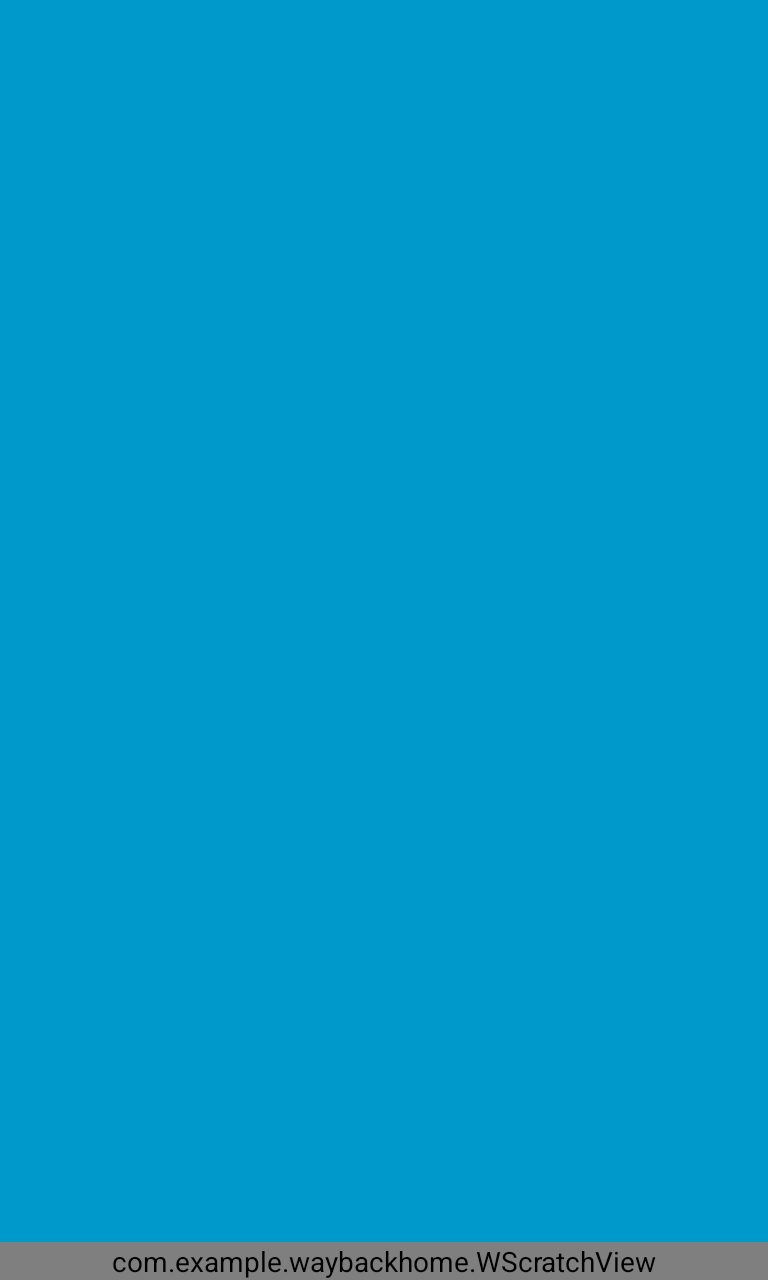
Repository: mdelbo/appcenter
Layout: WayBackHome/res/layout/activity_map.xml
The author's editor kept a copy of each file at every save. The layout is drawn from the files as they stood at one save, then again after the next save.
Pictures or frames that could not be fetched are drawn as grey boxes. It is drawn on a 768 x 1280 px phone screen (xhdpi) without system bars, with theme FullscreenTheme; the app's code is not run.

Above is the layout before, as saved 2014-05-20 11:30:39.

### WayBackHome/res/layout/activity_map.xml
<FrameLayout xmlns:android="http://schemas.android.com/apk/res/android"
    xmlns:tools="http://schemas.android.com/tools"
    android:layout_width="match_parent"
    android:layout_height="match_parent"
    android:background="#0099cc"
    tools:context="com.example.waybackhome.MapActivity" >


    <FrameLayout
        android:layout_width="match_parent"
        android:layout_height="match_parent"
        android:fitsSystemWindows="true" >

        <LinearLayout
            android:id="@+id/fullscreen_content_controls"
            style="?metaButtonBarStyle"
            android:layout_width="match_parent"
            android:layout_height="wrap_content"
            android:layout_gravity="bottom|center_horizontal"
            android:background="@color/black_overlay"
            android:orientation="horizontal"
            tools:ignore="UselessParent" >

            <com.example.waybackhome.WScratchView
				android:layout_width="match_parent"
				android:layout_height="match_parent"
 			/>
        </LinearLayout>
    </FrameLayout>

</FrameLayout>

### WayBackHome/res/values/styles.xml
<?xml version="1.0" encoding="utf-8"?>
<resources>

    <!--
        Base application theme, dependent on API level. This theme is replaced
        by AppBaseTheme from res/values-vXX/styles.xml on newer devices.
    -->
    <style name="AppBaseTheme" parent="Theme.AppCompat.Light">
        <!--
            Theme customizations available in newer API levels can go in
            res/values-vXX/styles.xml, while customizations related to
            backward-compatibility can go here.
        -->
    </style>

    <!-- Application theme. -->
    <style name="AppTheme" parent="AppBaseTheme">
        <!-- All customizations that are NOT specific to a particular API-level can go here. -->
    </style>

    <style name="FullscreenTheme" parent="android:Theme.NoTitleBar">
        <item name="android:windowContentOverlay">@null</item>
        <item name="android:windowBackground">@null</item>
        <item name="metaButtonBarStyle">@style/ButtonBar</item>
        <item name="metaButtonBarButtonStyle">@style/ButtonBarButton</item>
    </style>

    <style name="ButtonBar">
        <item name="android:paddingLeft">2dp</item>
        <item name="android:paddingTop">5dp</item>
        <item name="android:paddingRight">2dp</item>
        <item name="android:paddingBottom">0dp</item>
        <item name="android:background">@android:drawable/bottom_bar</item>
    </style>

    <style name="ButtonBarButton" />

</resources>

Loaded but not shown: WayBackHome/res/values-v11/styles.xml (common file); WayBackHome/res/values/colors.xml (common file)

After the next save:
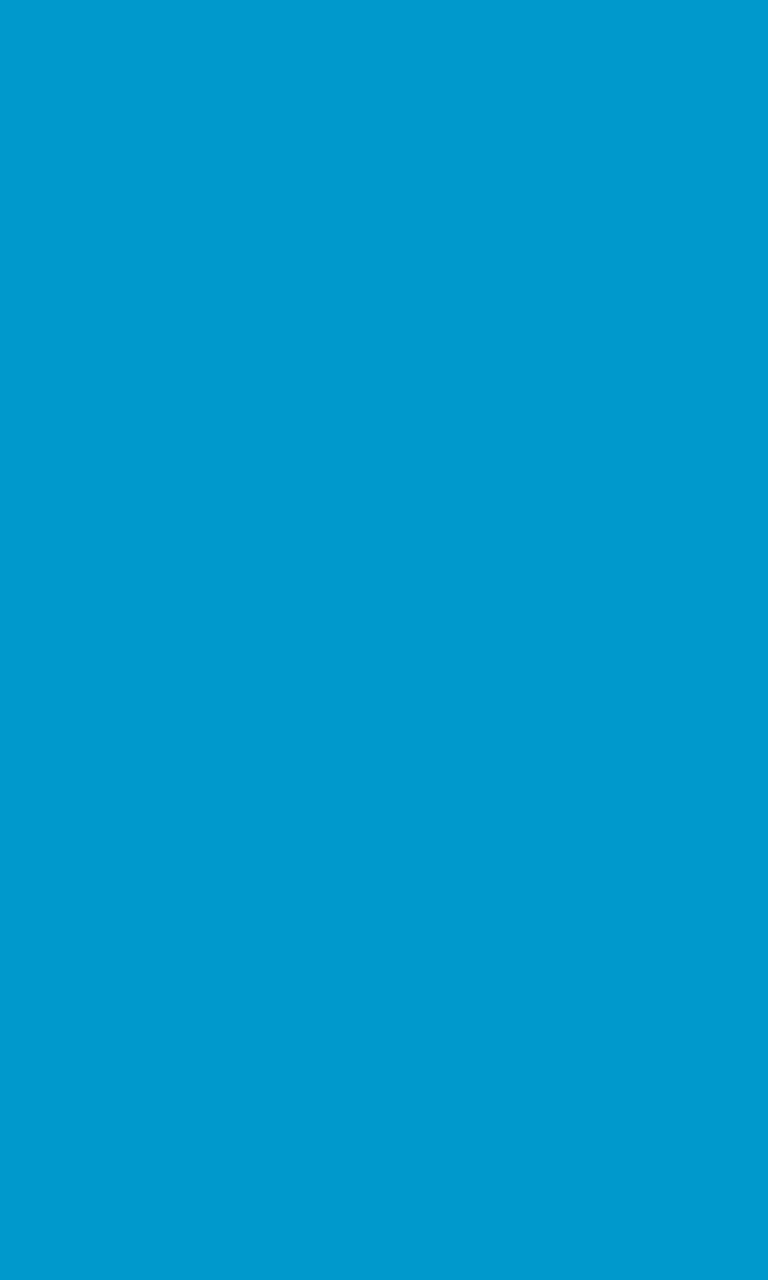
Saved 100 s later.
--- a/WayBackHome/res/layout/activity_map.xml
+++ b/WayBackHome/res/layout/activity_map.xml
@@ -21,10 +21,10 @@
             android:orientation="horizontal"
             tools:ignore="UselessParent" >
 
-            <com.example.waybackhome.WScratchView
+            <!--com.example.waybackhome.WScratchView
 				android:layout_width="match_parent"
 				android:layout_height="match_parent"
- 			/>
+ 			/-->
         </LinearLayout>
     </FrameLayout>
 

After the save that followed:
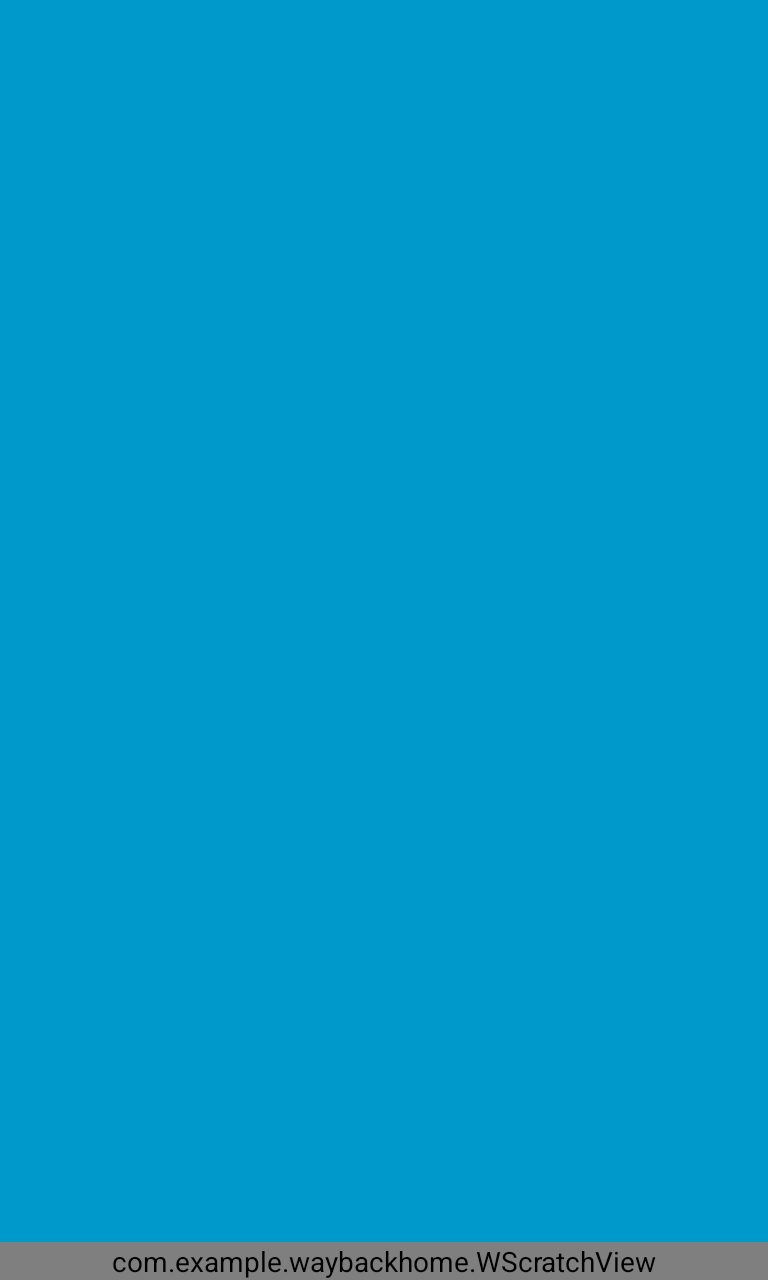
Saved 2 min 34 s later.
--- a/WayBackHome/res/layout/activity_map.xml
+++ b/WayBackHome/res/layout/activity_map.xml
@@ -21,10 +21,10 @@
             android:orientation="horizontal"
             tools:ignore="UselessParent" >
 
-            <!--com.example.waybackhome.WScratchView
+            <com.example.waybackhome.WScratchView
 				android:layout_width="match_parent"
 				android:layout_height="match_parent"
- 			/-->
+ 			/>
         </LinearLayout>
     </FrameLayout>
 
